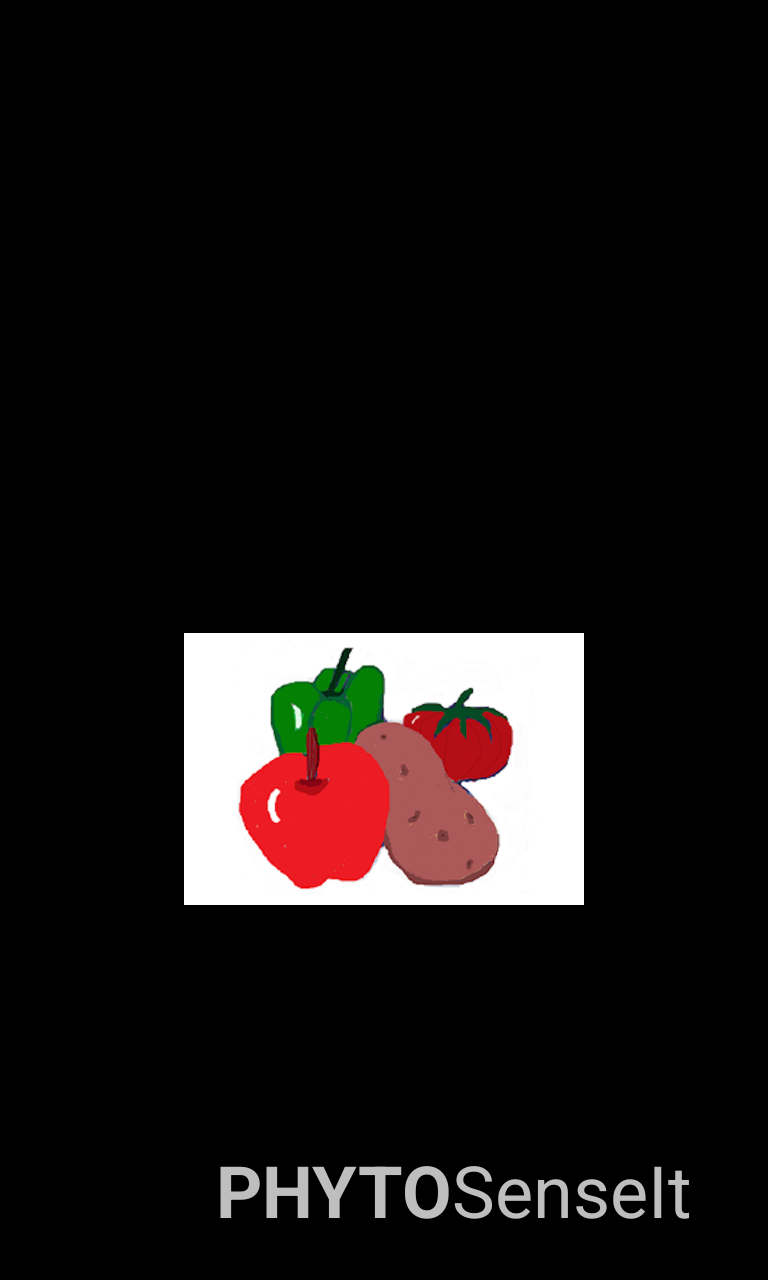
Repository: cephas-digital/phytosenseit
Layout: Eclipse Project /phyto_sense_it/res/layout/splashscreen.xml
An editor plug-in stored every save of this project. The layout is shown before and after the next save, followed by the edit.
It is drawn on a 768 x 1280 px phone screen (xhdpi) without system bars, with theme android:Theme.NoTitleBar.Fullscreen; the app's code is not run.

Above is the layout before, as saved 2015-07-28 05:47:05.

### Eclipse Project /phyto_sense_it/res/layout/splashscreen.xml
<?xml version="1.0" encoding="utf-8"?>
<RelativeLayout xmlns:android="http://schemas.android.com/apk/res/android"
    android:layout_width="match_parent"
    android:layout_height="match_parent"
    android:gravity="bottom" >

    <TextView
        android:id="@+id/textView2"
        android:layout_width="wrap_content"
        android:layout_height="wrap_content"
        android:layout_alignParentBottom="true"
        android:layout_alignParentRight="true"
        android:layout_marginBottom="21dp"
        android:layout_marginRight="38dp"
        android:text="SenseIt"
        android:textSize="36sp" />

    <TextView
        android:id="@+id/textView1"
        android:layout_width="wrap_content"
        android:layout_height="wrap_content"
        android:layout_alignBaseline="@+id/textView2"
        android:layout_alignBottom="@+id/textView2"
        android:layout_toLeftOf="@+id/textView2"
        android:text="PHYTO"
        android:textSize="36sp"
        android:textStyle="bold" />

    <ImageView
        android:id="@+id/splashscreen"
        android:layout_width="200dp"
        android:layout_height="200dp"
        android:layout_above="@+id/textView2"
        android:layout_centerHorizontal="true"
        android:layout_marginBottom="86dp"
        android:src="@drawable/phytosenseit_icon" />

</RelativeLayout>

After the next save:
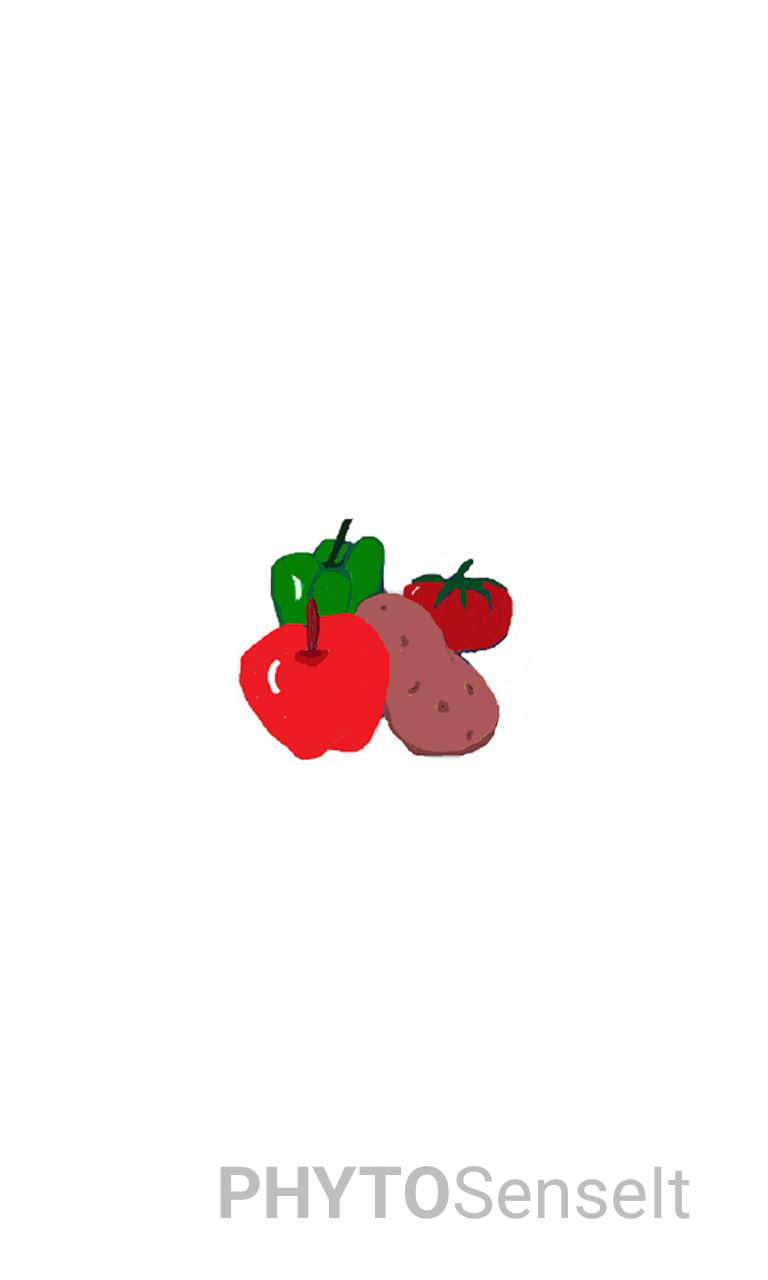
Saved 48 s later.
--- a/Eclipse Project /phyto_sense_it/res/layout/splashscreen.xml
+++ b/Eclipse Project /phyto_sense_it/res/layout/splashscreen.xml
@@ -2,7 +2,7 @@
 <RelativeLayout xmlns:android="http://schemas.android.com/apk/res/android"
     android:layout_width="match_parent"
     android:layout_height="match_parent"
-    android:gravity="bottom" >
+    android:background="#FFFFFF" >
 
     <TextView
         android:id="@+id/textView2"
@@ -30,9 +30,8 @@
         android:id="@+id/splashscreen"
         android:layout_width="200dp"
         android:layout_height="200dp"
-        android:layout_above="@+id/textView2"
         android:layout_centerHorizontal="true"
-        android:layout_marginBottom="86dp"
+        android:layout_centerVertical="true"
         android:src="@drawable/phytosenseit_icon" />
 
 </RelativeLayout>
